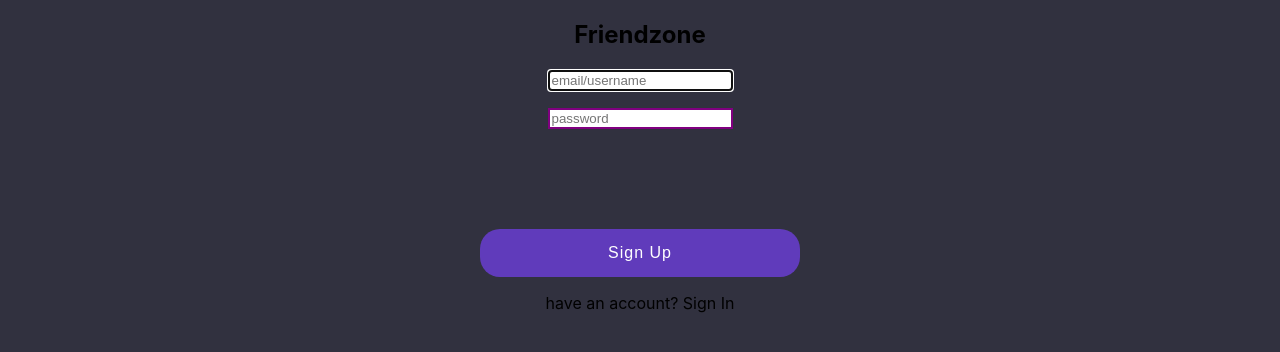
Repository: DerickT02/friend-zone
Page: /
The author's editor kept a copy of each file at every save. The page is drawn from the files as they stood at one save, then again after the next save.
The browser window is 1280 px wide. The pictures show the whole page.
The project was rebuilt for these pictures with package versions that can differ from the ones it lists, and the page was loaded fresh each time. Also part of the build but not shown: src/Appreducer.js, src/GlobalState.js, src/Post.js, src/Homepage.js, src/fire.js.

Above is the page before, as saved 2021-07-07 07:45:20.

### src/index.js
import React from 'react';
import ReactDOM from 'react-dom';
import './index.css';
import App from './App';


ReactDOM.render(

    <App />,
  document.getElementById('root')
);

// If you want to start measuring performance in your app, pass a function
// to log results (for example: reportWebVitals(console.log))
// or send to an analytics endpoint. Learn more: https://bit.ly/CRA-vitals

### src/index.css
body {
  margin: 0;
  font-family: -apple-system, BlinkMacSystemFont, 'Segoe UI', 'Roboto', 'Oxygen',
    'Ubuntu', 'Cantarell', 'Fira Sans', 'Droid Sans', 'Helvetica Neue',
    sans-serif;
  -webkit-font-smoothing: antialiased;
  -moz-osx-font-smoothing: grayscale;
  background-color: rgb(49, 49, 63);

}

code {
  font-family: source-code-pro, Menlo, Monaco, Consolas, 'Courier New',
    monospace;
}

### src/App.js
import React, { Component, useState, useEffect } from 'react'
import { BrowserRouter, Switch, Link, Route, Redirect, Router} from 'react-router-dom'
import Login from './Login'
import Homepage from './Homepage'
import './App.css'

import fire from './fire'
import GlobalProvider from './GlobalState'

function App() {
  const [user, setUser] = useState('')
  const [email, setEmail] = useState('')
  const [password, setPassword] = useState('')
  const [emailError, setEmailError] = useState('')
  const [passwordError, setPasswordError] = useState('')
  const [hasAccount, setHasAccount] = useState(false)

const clearInputs = () => {
  setEmail('')
  setPassword('')
}

const clearErrors = () => {
  setEmailError('');
  setPasswordError('')
}

const handleLogin = () => {
  clearErrors()
  fire
  .auth()
  .signInWithEmailAndPassword(email, password)
  .catch(err => {
      switch(err.code){
          case 'auth/invalid-email':
          case 'auth/user-disabled':
          case 'auth/user-not-found':
              setEmailError(err.message)
              break;
          case 'auth/wrong-password':
              setPasswordError(err.message)
              break
      }
  })
}

const handleSignup = () => {
  clearErrors()
  fire
  .auth()
  .createUserWithEmailAndPassword(email, password)
  .catch(err => {
      switch(err.code){
          case 'auth/email-already-in-use':
          case 'auth/invalid-email':
          setEmailError(err.message);
          break;

          case 'auth/weak-password':
          setPasswordError(err.message)
      }
  })
}

const handleLogout = () => {
  fire
  .auth()
  .signOut()
}

const authListener = () => {
  fire.auth().onAuthStateChanged((user) => {
    if(user){
      clearInputs()
      setUser(user)
    }
    else {
        setUser('')
    }
  })
}

useEffect(() => {
  authListener()
}, [])

  return (
    <div className="App">
    {user ? (
      <BrowserRouter>
      <GlobalProvider>
      <Switch>
        <Route exact path = '/'><Redirect to = "/homepage"/></Route>
        <Route exact path = '/homepage'><Homepage handleLogout = {handleLogout}/></Route>
      </Switch>
      </GlobalProvider>
     </BrowserRouter>
    ) : (

      <BrowserRouter>
      <Switch>
      <Route exact path = '/homepage'><Redirect to = "/" /></Route>
        <Route><Login email = {email}
            setEmail = {setEmail}
            password = {password}
            setPassword={setPassword}
            handleLogin={handleLogin}
            handleSignup={handleSignup}
            hasAccount={hasAccount}
            setHasAccount={setHasAccount}
            emailError={emailError}
            passwordError={passwordError} /></Route>
      </Switch>
      </BrowserRouter>
    )}

    </div>
  );
}

export default App;

### src/Login.js
import React, { Component, useState, useEffect } from 'react'
import './Login.css'
import {Link} from 'react-router-dom'

const Login = (props) => {
    const {email, setEmail, password, setPassword, handleLogin, handleSignup, hasAccount, setHasAccount, emailError, passwordError} = props
    return (
        <section className = "login">
        <div className="loginContainer" >

<h1>Friendzone</h1>


<input placeholder = 'email/username' type ="text" autoFocus required value = {email} onChange={(e) => setEmail(e.target.value)}/>
<p className ="errorMsg">{emailError}</p>

<input placeholder = 'password' type ="password" required value = {password} onChange={(e) => setPassword(e.target.value)} />
<p className = "errorMsg">{passwordError}</p>
<div className="btnContainer">

    {hasAccount ? (
        <div>
       <button type = "submit" onClick = {handleLogin}>Sign in</button>
        <p>Don't have an account? <span onClick ={() => setHasAccount(!hasAccount)}>Sign Up</span></p>
        </div>
    ):(
        <div>
        <button type = "submit" onClick={handleSignup}>Sign Up</button>
        <p>have an account? <span onClick = {() => setHasAccount(!hasAccount)}>Sign In</span></p>
        </div>
    )}

</div>
</div>
</section>





    )
}


export default Login

### src/Login.css
* {
  box-sizing: border-box;
}

.login .loginContainer input {
  border: 2px solid purple;
}


.btnContainer {
  margin-top: 100px;
}


.btnContainer button {
  border: none;
  border-radius: 20px;
  outline: none;
  width: 25%;
  padding: 15px 0;
  color: #fff;
  font-size: 16px;
  letter-spacing: 1px;
  background: #603bbb;
  cursor: pointer;
}

Loaded but not shown: public/index.html (common file); src/App.css (common file)

After the next save:
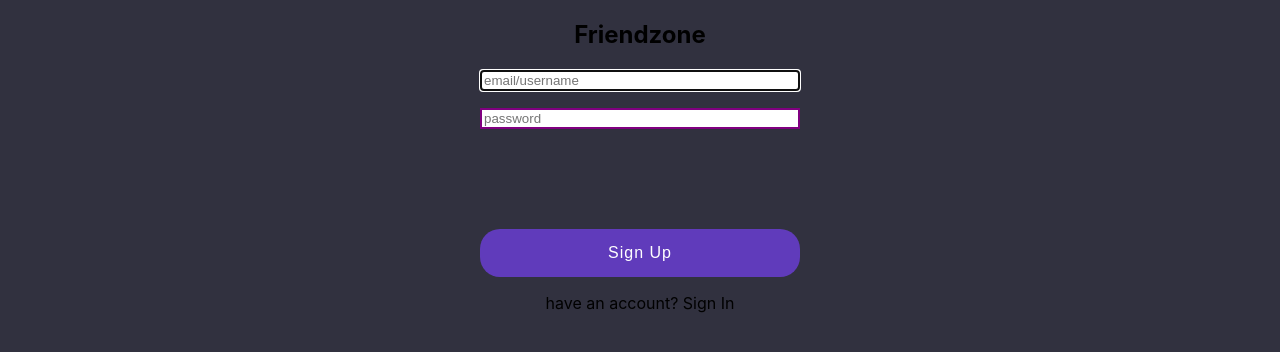
Saved 17 s later.
--- a/src/Login.css
+++ b/src/Login.css
@@ -4,6 +4,7 @@
 
 .login .loginContainer input {
   border: 2px solid purple;
+  width: 25%;
 }
 
 
